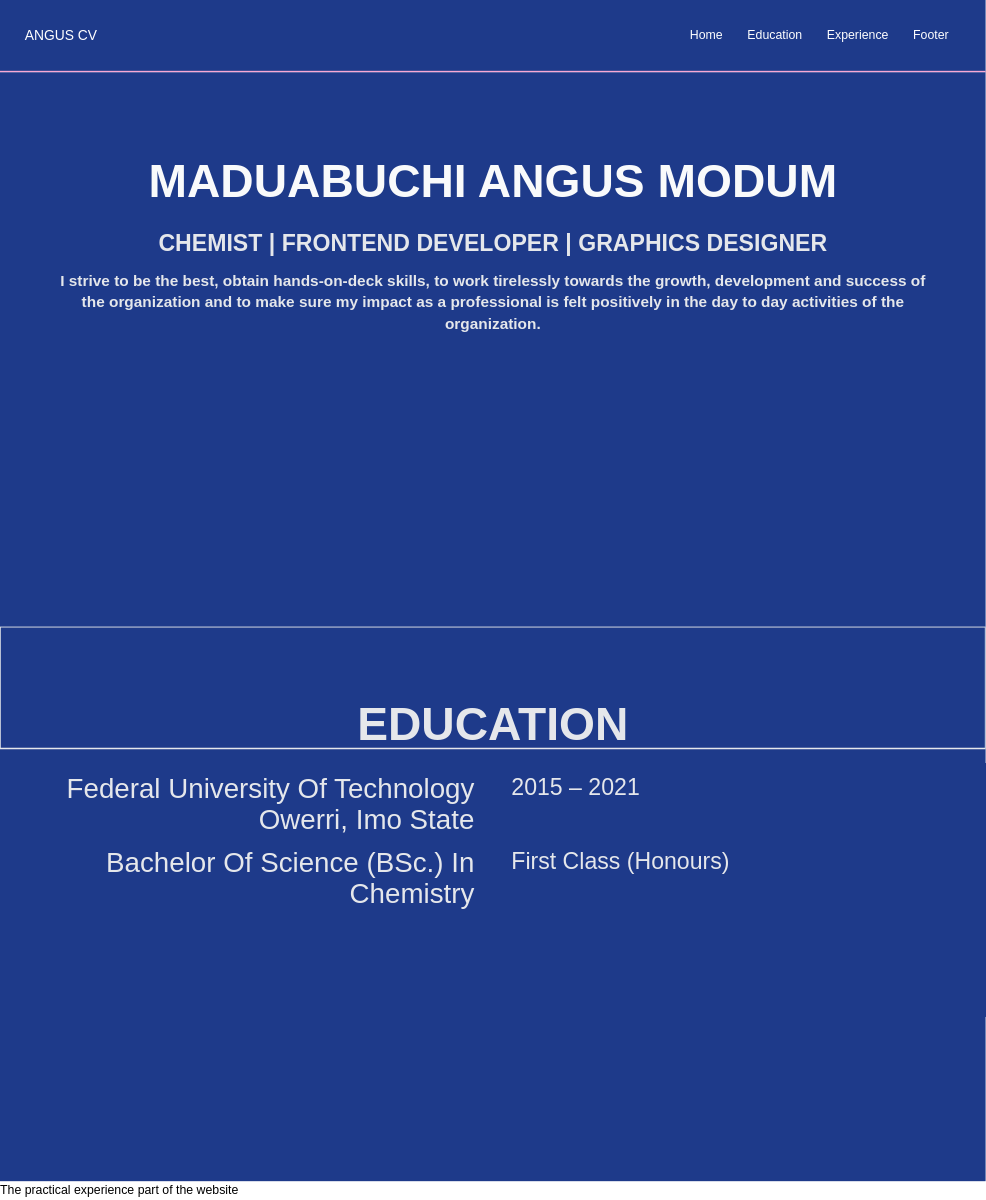
Repository: AngusOnyebuchi/AngusOnyebuchi.github.io
Page: /
An editor plug-in stored every save of this project. The page is shown before and after the next save, followed by the edit.
The browser window is 1280 px wide. The pictures show the whole page, at 77% of full size.
The project was rebuilt for these pictures with package versions that can differ from the ones it lists, and the page was loaded fresh each time.

Above is the page before, as saved 2022-04-17 19:50:00.

### public/index.html
<!DOCTYPE html>
<html lang="en">
  <head>
    <meta charset="utf-8" />
    <link rel="icon" href="%PUBLIC_URL%/favicon.ico" />
    <meta name="viewport" content="width=device-width, initial-scale=1" />
    <meta name="theme-color" content="#000000" />
    <meta
      name="description"
      content="Web site created using create-react-app"
    />
    <link rel="apple-touch-icon" href="%PUBLIC_URL%/logo192.png" />
    <!--
      manifest.json provides metadata used when your web app is installed on a
      user's mobile device or desktop. See https://developers.google.com/web/fundamentals/web-app-manifest/
    -->
    <link rel="manifest" href="%PUBLIC_URL%/manifest.json" />
    <!--
      Notice the use of %PUBLIC_URL% in the tags above.
      It will be replaced with the URL of the `public` folder during the build.
      Only files inside the `public` folder can be referenced from the HTML.

      Unlike "/favicon.ico" or "favicon.ico", "%PUBLIC_URL%/favicon.ico" will
      work correctly both with client-side routing and a non-root public URL.
      Learn how to configure a non-root public URL by running `npm run build`.
    -->
    <title>Angus CV </title>
  </head>
  <body>
    <noscript>You need to enable JavaScript to run this app.</noscript>
    <div id="root"></div>
    <!--
      This HTML file is a template.
      If you open it directly in the browser, you will see an empty page.

      You can add webfonts, meta tags, or analytics to this file.
      The build step will place the bundled scripts into the <body> tag.

      To begin the development, run `npm start` or `yarn start`.
      To create a production bundle, use `npm run build` or `yarn build`.
    -->
  </body>
</html>

### src/index.js
import React from "react";
import ReactDOM from "react-dom";
import "./style.css"
import App from "./App";

ReactDOM.render(<App/>, document.getElementById("root"))

### src/style.css
@tailwind base;
@tailwind components;
@tailwind utilities;

@layer base {
    body{
        @apply font-[Sans-serif];
    }
    li {
        @apply px-4;
        @apply cursor-pointer;
    }
}

### src/App.js
import React from "react";
import Home from "./components/Home"
import Education from "./components/Education";
import Experience from "./components/Experience";
import NavBar from "./components/NavBar";

export default function App() {
  return (
    <div>
      <NavBar/>
      <Home/>
      <Education/>
      <Experience/>
    </div>
  )
}

### src/components/Home.js
import React from "react";
import {FaWhatsapp, FaLocationArrow, FaSearchLocation} from "react-icons/fa"
import {HiOutlineMail} from "react-icons/hi"

export default function Home() {
    return (
        <div className="w-full h-screen p-4 bg-blue-900 text-gray-200">
            <h1 className="text-4xl md:text-6xl font-bold uppercase pt-24 text-center text-gray-50">Maduabuchi Angus Modum</h1>
            <h3 className="text-xl md:text-3xl font-bold uppercase pt-8 text-center">Chemist  |  Frontend Developer  |  Graphics Designer</h3>
            <p className="font-bold text-center justify-center text-lg md:text-xl max-w-[1200px] mx-12 mt-4">I strive to be the best, obtain hands-on-deck skills,
                to work tirelessly towards the growth, development and success of the organization and to make sure my impact
                as a professional is felt positively in the day to day activities of the organization.</p>

        </div>
    )
}

### src/components/Education.js
import React from "react";

export default function Education() {
    return(
        <div className="bg-blue-900 w-full h-screen text-gray-200">
            <h1 className="text-4xl md:text-6xl font-bold uppercase pt-24 text-center ml-30 text-gray-200 border border-b-2">Education</h1>
            <div className="grid grid-cols-2 gap-12 mx-16 pt-8 ">
                <h3 className="capitalize text-xl md:text-4xl text-right">Federal university of technology owerri, Imo state</h3>
                <h4 className="text-lg md:text-3xl ">2015 – 2021</h4>
            </div>
            <div className="grid grid-cols-2 gap-12 mx-16 pt-4">
                <h3 className="capitalize text-xl md:text-4xl text-right">Bachelor of Science (BSc.) in Chemistry</h3>
                <h4 className="text-lg md:text-3xl ">First Class (Honours)</h4>
            </div>
        </div>
    )
}

### src/components/Experience.js
import React from "react";

export default function Experience() {
    return(
        <div>
            <h1>The practical experience part of the website</h1>
        </div>
    )
}

### src/components/NavBar.js
import React, {useState} from "react";
import {FaTimes, FaBars} from "react-icons/fa"

export default function NavBar() {

    const [nav, setNav] = useState(true)
    const toggle = () => setNav(!nav)

    return(
        <div className="bg-blue-900 text-white w-full p-8 flex justify-between items-center border-b-2 border-pink-300">
            <h1 className="uppercase text-lg">Angus CV</h1>

            <ul className=" hidden sm:flex justify-between">
                <li className="hover:border-b-2 border-pink-300 ">Home</li>
                <li className="hover:border-b-2 border-pink-300 ">Education</li>
                <li className="hover:border-b-2 border-pink-300 ">Experience</li>
                <li className="hover:border-b-2 border-pink-300 ">Footer</li>
            </ul>

            {/** Mobile list */}
            <div onClick={toggle} className="sm:hidden z-10">
                {nav ? <FaBars/> : <FaTimes/>}
            </div>
            <ul className={nav ? 'hidden' : 'absolute top-0 left-0 w-full h-screen bg-inherit flex flex-col justify-center items-center my-8 sm:hidden'}>
                    <li>Home</li>
                    <li>Education</li>
                    <li>Experience</li>
                    <li>Footer</li>
            </ul>
        </div>
    )
}

Loaded but not shown: tailwind.config.js (common file)

After the next save:
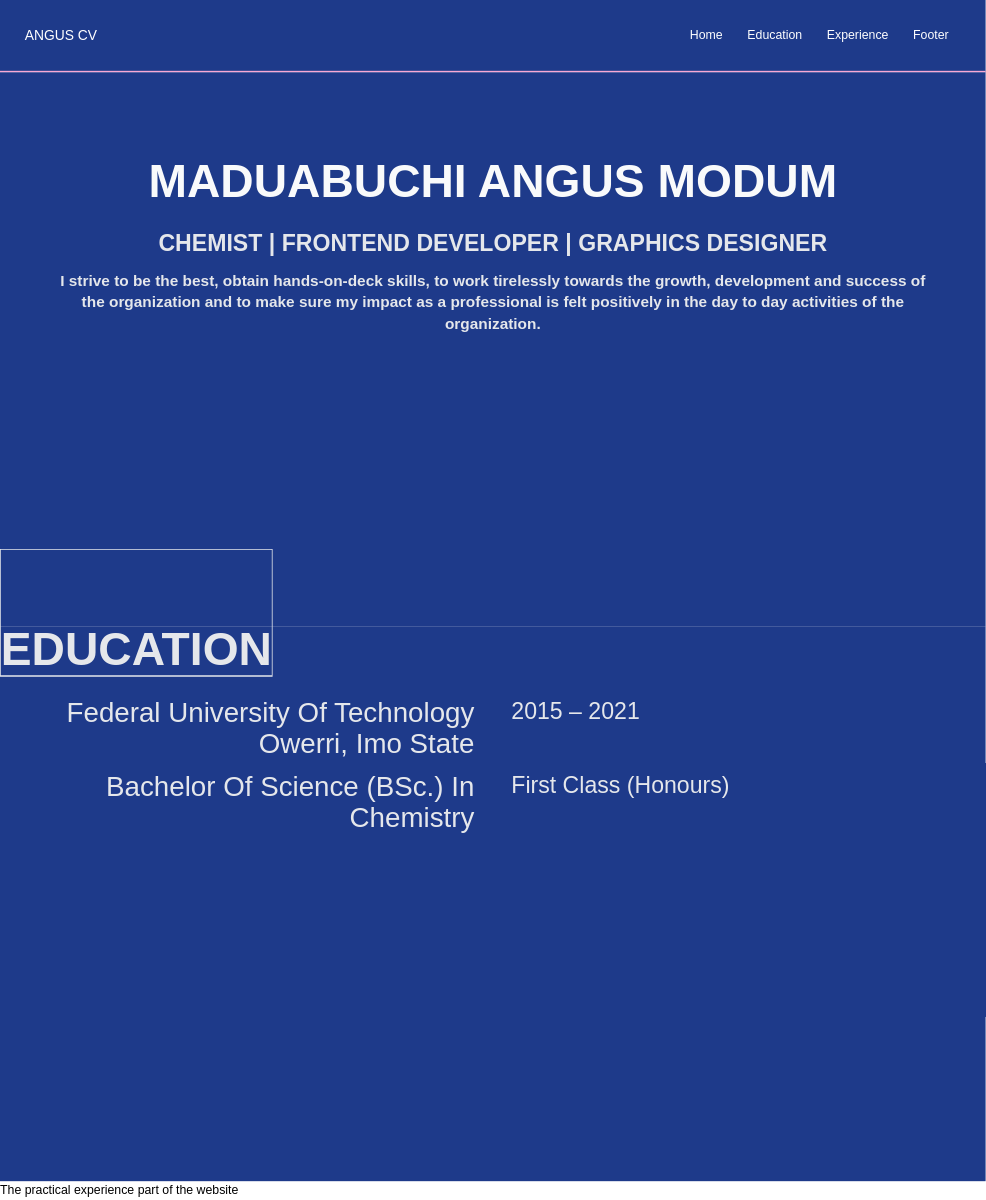
Saved 34 s later.
--- a/src/components/Education.js
+++ b/src/components/Education.js
@@ -3,7 +3,7 @@ import React from "react";
 export default function Education() {
     return(
         <div className="bg-blue-900 w-full h-screen text-gray-200">
-            <h1 className="text-4xl md:text-6xl font-bold uppercase pt-24 text-center ml-30 text-gray-200 border border-b-2">Education</h1>
+            <h1 className="text-4xl md:text-6xl font-bold uppercase pt-24 text-center ml-30 text-gray-200 border inline border-b-2">Education</h1>
             <div className="grid grid-cols-2 gap-12 mx-16 pt-8 ">
                 <h3 className="capitalize text-xl md:text-4xl text-right">Federal university of technology owerri, Imo state</h3>
                 <h4 className="text-lg md:text-3xl ">2015 – 2021</h4>
